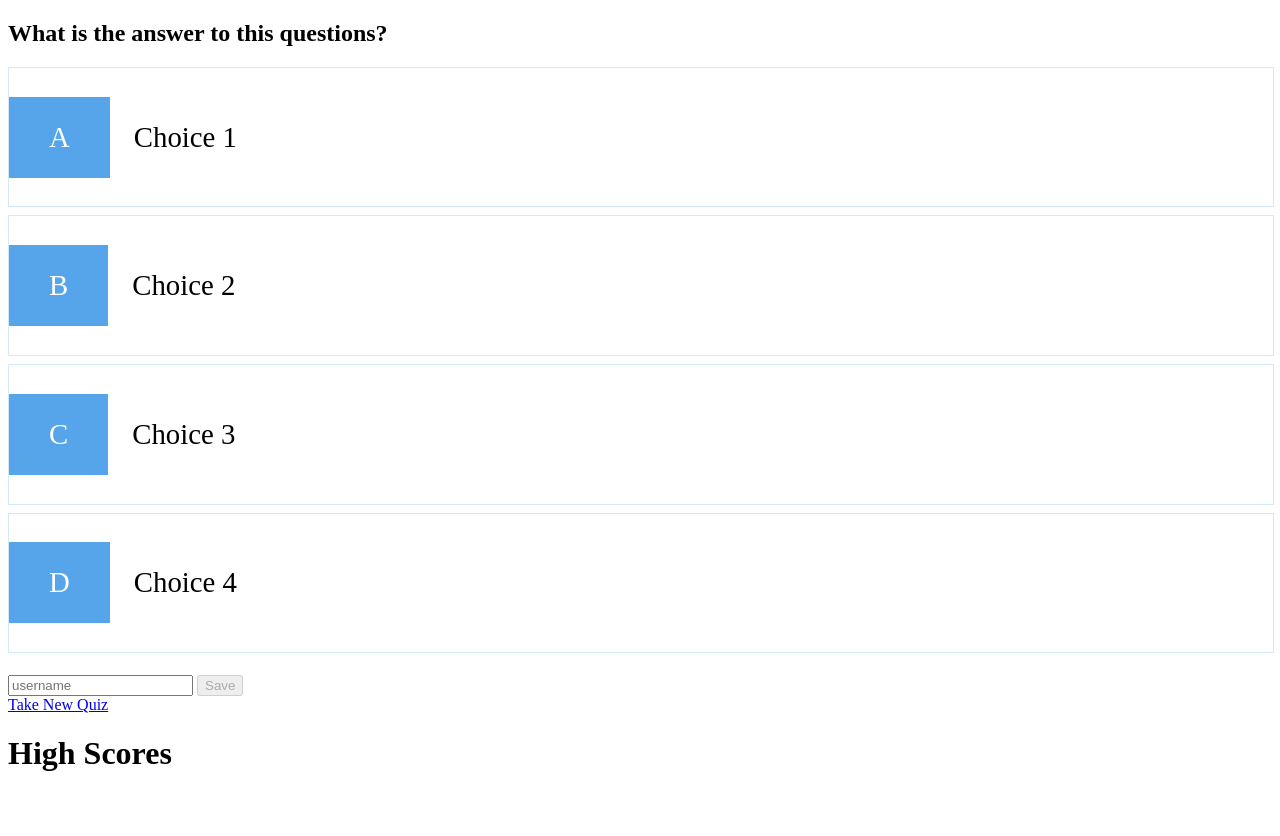
Repository: Q1ngQode/Briana-s-Quiz-App
Page: index.html
An editor plug-in stored every save of this project. The page is shown before and after the next save, followed by the edit.
The browser window is 1280 px wide. The pictures show the whole page.

Above is the page before, as saved 2022-08-08 23:43:42.
Not found: highscores.js

### index.html
<!DOCTYPE html>
<html lang="en">
<head>
    <meta charset="UTF-8">
    <meta http-equiv="X-UA-Compatible" content="IE=edge">
    <meta name="viewport" content="width=device-width, initial-scale=1.0">
    <title>Study Quiz</title>
    <link rel="stylesheet" href="app.css"/>
  </head>
  <body>
    <div class="container">
      <div id="game" class="justify-center flex-column">
        <h2 id="quesiton">What is the answer to this questions?</h2>
        <div class="choice-container">
          <p class="choice-prefix">A</p>
          <p class="choice-text">Choice 1</p>
        </div>
        <div class="choice-container">
          <p class="choice-prefix">B</p>
          <p class="choice-text">Choice 2</p>
        </div>
        <div class="choice-container">
          <p class="choice-prefix">C</p>
          <p class="choice-text">Choice 3</p>
        </div>
        <div class="choice-container">
          <p class="choice-prefix">D</p>
          <p class="choice-text">Choice 4</p>
        </div>
      </div>
    </div>
    </body>
    </html>
    <html lang="en">
  <head>
    <meta charset="UTF-8" />
    <meta name="viewport" content="width=device-width, initial-scale=1.0" />
    <meta http-equiv="X-UA-Compatible" content="ie=edge" />
    <title>Congrats!</title>
    <link rel="stylesheet" href="app.css" />
  </head>
  <body>
    <div class="container">
      <div id="end" class="flex-center flex-column">
        <h1 id="finalScore"></h1>
        <form>
          <input
            type="text"
            name="username"
            id="username"
            placeholder="username"
          />
          <button
            type="submit"
            class="btn"
            id="saveScoreBtn"
            onclick="saveHighScore(event)"
            disabled
          >
            Save
          </button>
        </form>
        <a class="btn" href="/index.html">Take New Quiz</a>
      </div>
    </div>
    <script src="end.js"></script>
  </body>
</html>
    <div class="container">
      <div id="highScores" class="flex-center flex-column">
        <h1 id="finalScore">High Scores</h1>
        <ul id="highScoresList"></ul>
      </div>
    </div>
    <script src="highscores.js"></script>
  </body>
</html>
</body>
</html>

### app.css
#highScoresList {
    list-style: none;
    padding-left: 0;
    margin-bottom: 4rem;
  }

  .high-score {
    font-size: 2.8rem;
    margin-bottom: 0.5rem;
  }

  .high-score:hover {
    transform: scale(1.025);
  }
.choice-container {
    display: flex;
    margin-bottom: 0.5rem;
    width: 100%;
    font-size: 1.8rem;
    border: 0.1rem solid rgb(86, 165, 235, 0.25);
    background-color: white;
  }

  .choice-container:hover {
    cursor: pointer;
    box-shadow: 0 0.4rem 1.4rem 0 rgba(86, 185, 235, 0.5);
    transform: translateY(-0.1rem);
    transition: transform 150ms;
  }

  .choice-prefix {
    padding: 1.5rem 2.5rem;
    background-color: #56a5eb;
    color: white;
  }

  .choice-text {
    padding: 1.5rem;
    width: 100%;
  }
  .choice-container {
    display: flex;
    margin-bottom: 0.5rem;
    width: 100%;
    font-size: 1.8rem;
    border: 0.1rem solid rgb(86, 165, 235, 0.25);
    background-color: white;
  }

  .choice-container:hover {
    cursor: pointer;
    box-shadow: 0 0.4rem 1.4rem 0 rgba(86, 185, 235, 0.5);
    transform: translateY(-0.1rem);
    transition: transform 150ms;
  }

  .choice-prefix {
    padding: 1.5rem 2.5rem;
    background-color: #56a5eb;
    color: white;
  }

  .choice-text {
    padding: 1.5rem;
  }

Loaded but not shown: end.js (no copy from this time; the picture is the same without it)

After the next save:
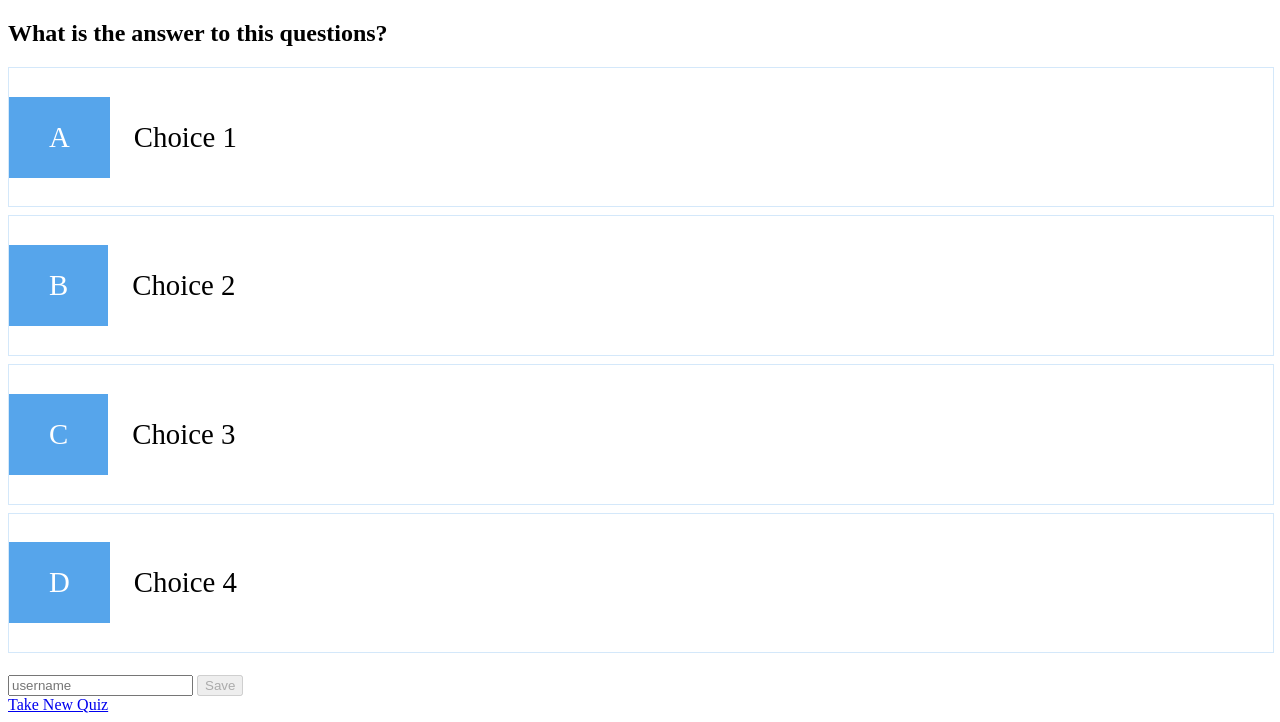
Saved 6 s later.
--- a/index.html
+++ b/index.html
@@ -66,14 +66,5 @@
     <script src="end.js"></script>
   </body>
 </html>
-    <div class="container">
-      <div id="highScores" class="flex-center flex-column">
-        <h1 id="finalScore">High Scores</h1>
-        <ul id="highScoresList"></ul>
-      </div>
-    </div>
-    <script src="highscores.js"></script>
-  </body>
-</html>
 </body>
 </html>
